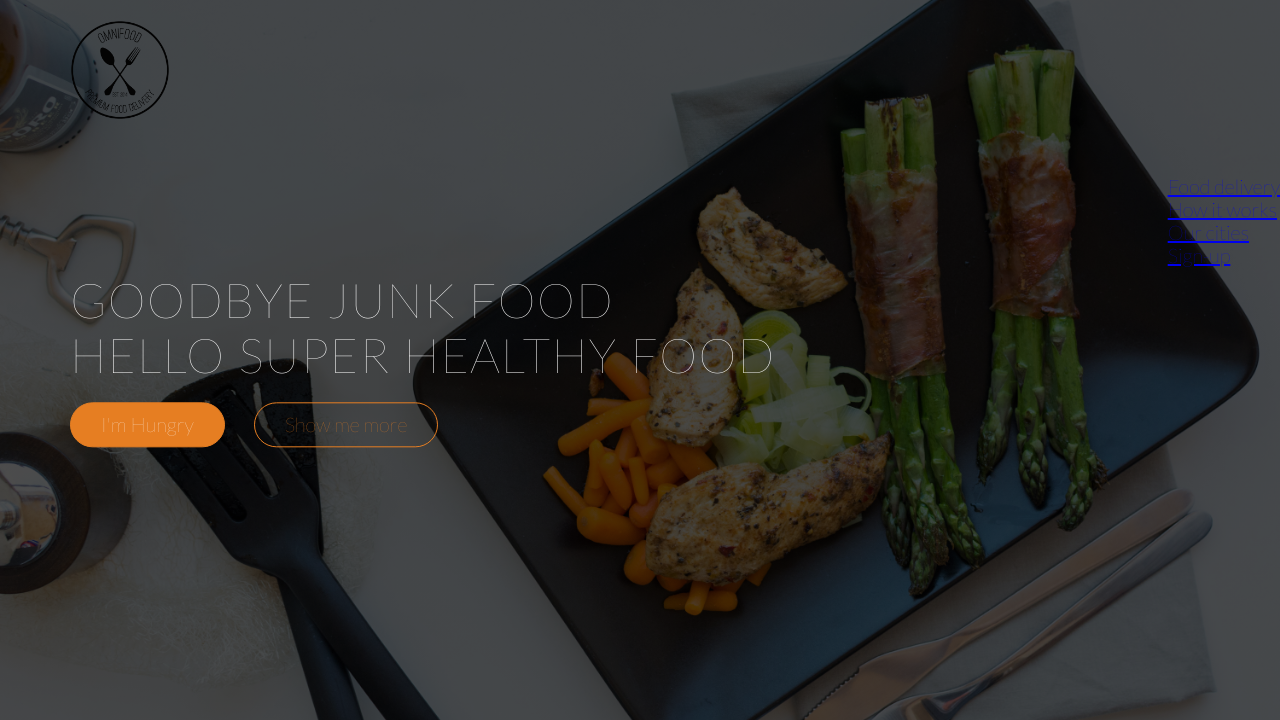
Repository: Priyanshubhartistm/FOODS-PROJECT
Page: index.html
An editor plug-in stored every save of this project. The page is shown before and after a run of saves, followed by the edit.
The browser window is 1280 px wide. The pictures show the whole page.

Above is the page before, as saved 2023-02-15 16:05:44.

### index.html
<!DOCTYPE html>
<html>

<head>
    <title>My food project</title>
    <!-- Linking Normalize CSS file to html document to makes browsers render all elements more consistently and in line with modern standards. -->
    <link rel="stylesheet" href="vendors/css/normalize.css">
    <link rel="stylesheet" href="vendors/css/grid.css">
    <!-- Linking Google Fonts here -->
    <link rel="preconnect" href="https://fonts.googleapis.com">
    <link rel="preconnect" href="https://fonts.gstatic.com" crossorigin>
    <link href="https://fonts.googleapis.com/css2?family=Lato:wght@100;700&display=swap" rel="stylesheet">
    <!-- Linking Style sheet to html document -->
    <link rel="stylesheet" href="resources/css/style.css">

</head>

<body>
    <header>

        <nav>
            <div class="row">
                <img class="logo" src="resources/img/logo.png" alt="log-img">
            </div>
            <ul class="main-nav">
                <li><a href="#">Food delivery</a></li>
                <li><a href="#">How it works</a></li>
                <li><a href="#">Our cities</a></li>
                <li><a href="#">Sign-up</a></li>

            </ul>
        </nav>

        <div class="hero-text-box">
            <h1>Goodbye Junk food <br> Hello super healthy food</h1>
            <a class="btn btn-full" href="#">I'm Hungry</a>
            <a class="btn btn-ghost" href="#">Show me more</a>
        </div>
    </header>

</body>

</html>

### resources/css/style.css
* {
    margin: 0;
    padding: 0;
    box-sizing: border-box;
}

html {
    background-color: #ffffff;
    color: #555;
    font-family: 'Lato', sans-serif;
    font-weight: 300;
    font-size: 20px;
    text-rendering: optimizeLegibility;
}

.row {
    max-width: 1140px;
    margin: 0 auto;

}

header {
    background-image: linear-gradient(rgba(0, 0, 0, 0.7), rgba(0, 0, 0, 0.7)), url('img/hero.jpg');
    height: 100vh;
    background-size: cover;
    background-position: center;
}

h1 {
    margin-top: 0px;
    margin-bottom: 20px;
    color: white;
    font-size: 240%;
    font-weight: 300;
    text-transform: uppercase;
    letter-spacing: 1px;
    word-spacing: 3px;
}

.hero-text-box {
    position: absolute;
    width: 1140px;
    top: 50%;
    left: 50%;
    transform: translate(-50%, -50%);
}

.btn:link,
.btn:visited {
    display: inline-block;
    padding: 10px 30px;
    text-decoration: none;
    font-weight: 300;
    border-radius: 200px;
    transition: background-color 0.2s, border 0.2s, color 0.2s;

}

.btn-full:link,
.btn-full:visited {
    background-color: #e67e22;
    color: #fff;
    border: 1px solid #e67e22;
    margin-right: 25px;
}

.btn-ghost:visited,
.btn-ghost:link {
    border: 1px solid #e67e22;
    color: #e67e22;
}

.btn:hover,
.btn:active {
    background-color: #cf6d17;
}

.btn-ghost:hover,
.btn-ghost:active {
    border: 1px solid #cf6d17;
    color: #fff;

}

.btn-full:hover,
.btn-full:active {
    border: 1px solid #cf6d17;
}

.logo {
    height: 100px;
    width: auto;
    float: left;
    margin-top: 20px;
}

.main-nav {
    float: right;
    list-style-type: none;
    margin-top: 55px;
}
.main-nav{
    display: inline-block;
    margin-left: 40px;

}

Loaded but not shown: vendors/css/normalize.css (library); vendors/css/grid.css (library)

After the next 2 saves:
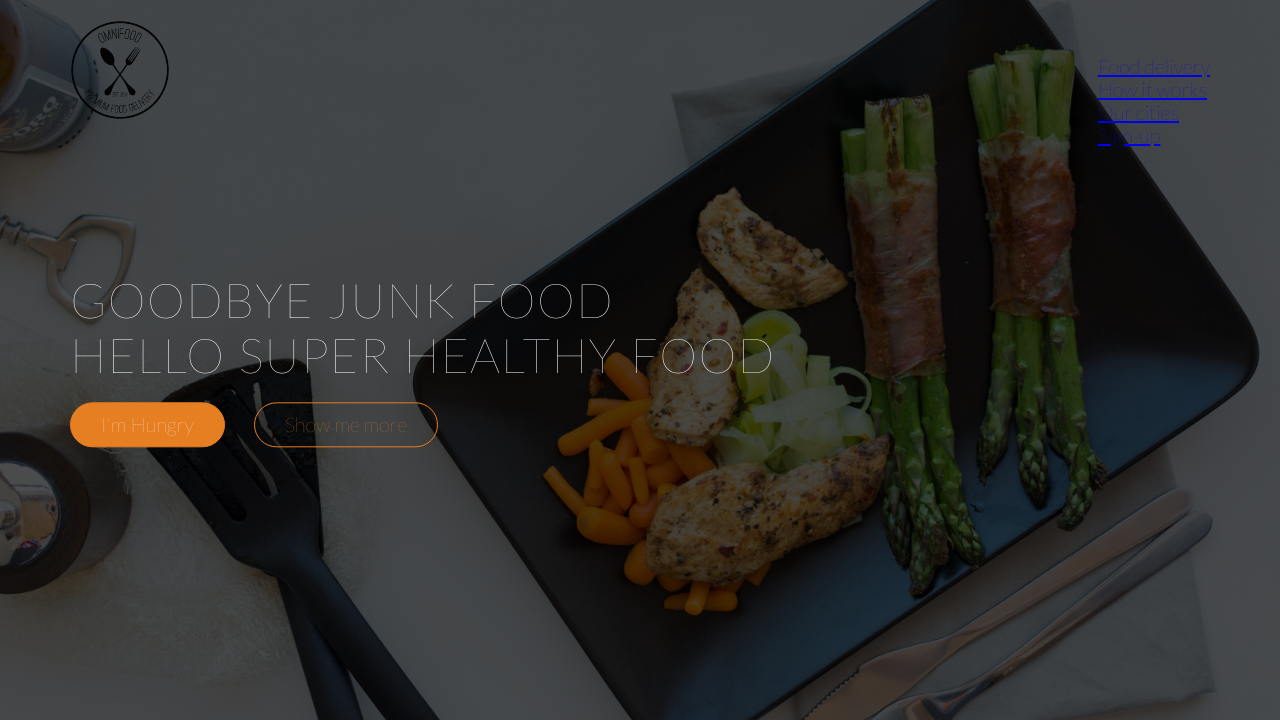
The 2 saves are shown as one change because they came seconds apart.
The last was saved 104 s later.
--- a/index.html
+++ b/index.html
@@ -21,14 +21,15 @@
         <nav>
             <div class="row">
                 <img class="logo" src="resources/img/logo.png" alt="log-img">
+                <ul class="main-nav">
+                    <li><a href="#">Food delivery</a></li>
+                    <li><a href="#">How it works</a></li>
+                    <li><a href="#">Our cities</a></li>
+                    <li><a href="#">Sign-up</a></li>
+
+                </ul>
             </div>
-            <ul class="main-nav">
-                <li><a href="#">Food delivery</a></li>
-                <li><a href="#">How it works</a></li>
-                <li><a href="#">Our cities</a></li>
-                <li><a href="#">Sign-up</a></li>
 
-            </ul>
         </nav>
 
         <div class="hero-text-box">
